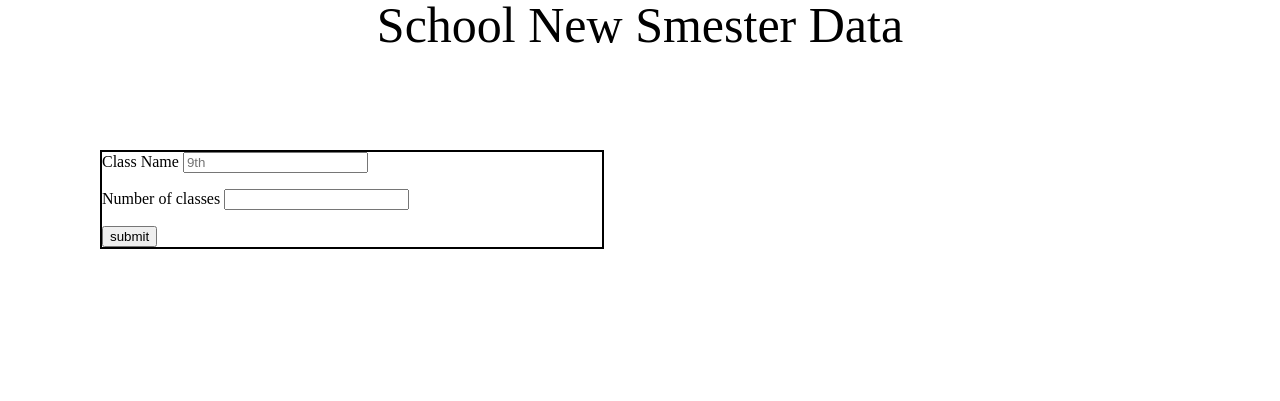
Repository: Razan-am/exam-practice
Page: index.html
The author's editor kept a copy of each file at every save. The page is drawn from the files as they stood at one save, then again after the next save.
The browser window is 1280 px wide. The pictures show the whole page.

Above is the page before, as saved 2021-05-31 00:15:48.

After the next save:
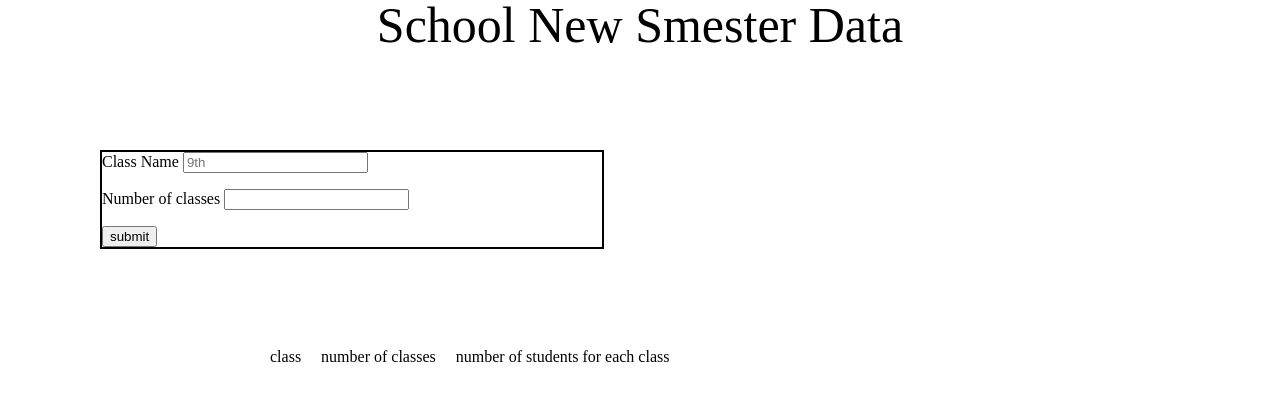
Saved 17 min 16 s later.
--- a/js/app.js
+++ b/js/app.js
@@ -37,14 +37,13 @@ function render() {
     // myTable.textContent='';
     let tBody = document.createElement('tr');
     myTable.appendChild(tBody);
-    for (let index = 0; index < mainArr.length; index++) {
-        headerEl.textContent = '';
-        tBody.textContent='';
         for (let i = 0; i < headerData.length; i++) {
             let thEl = document.createElement('th');
             headerEl.appendChild(thEl);
             thEl.textContent = `${headerData[i]}`
         }
+    for (let index = 0; index < mainArr.length; index++) {
+        tBody.textContent='';
         let td1 = document.createElement('td');
         tBody.appendChild(td1);
         td1.textContent = `${mainArr[index].className}`;
